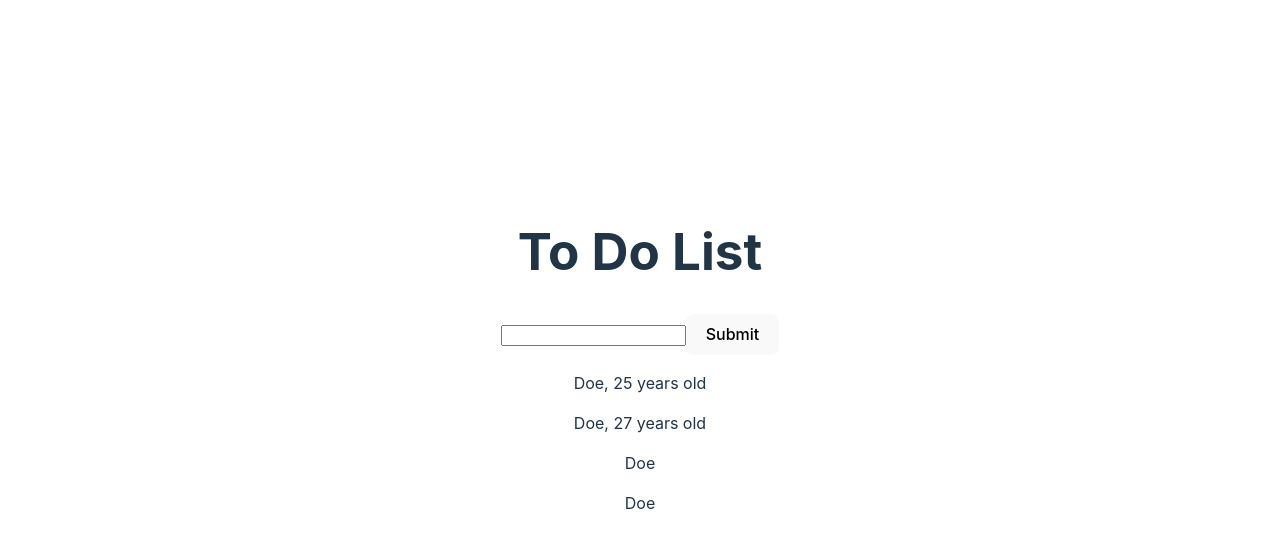
Repository: Jennica1/FRONT_END_WEEK06
Page: / (app in react/)
The author's editor kept a copy of each file at every save. The page is drawn from the files as they stood at one save, then again after the next save.
The browser window is 1280 px wide. The pictures show the whole page.
The project was rebuilt for these pictures with package versions that can differ from the ones it lists, and the page was loaded fresh each time. Also part of the build but not shown: react/vite.config.js.

Above is the page before, as saved 2024-10-10 12:30:56.

After the next save:
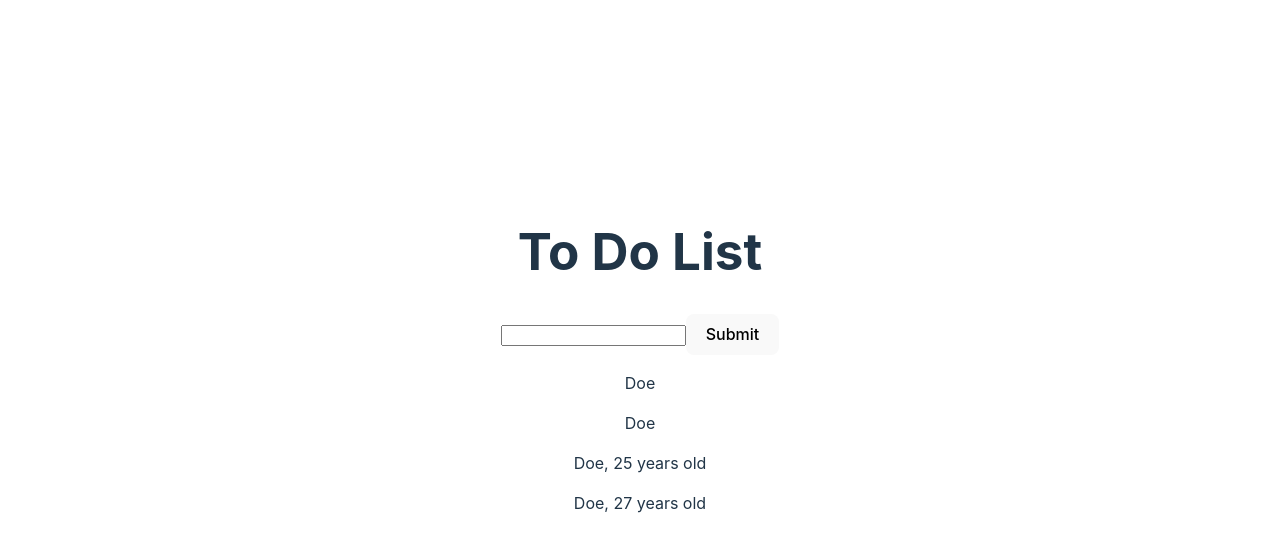
Saved 9 s later.
--- a/react/src/components/TaskForm.jsx
+++ b/react/src/components/TaskForm.jsx
@@ -72,8 +72,9 @@ function TaskForm() {
 
         <button>Submit</button>
       </form>
+      {newListUI}
       {studentListUI}
-      {newListUI}
+
     </>
   )
 }
